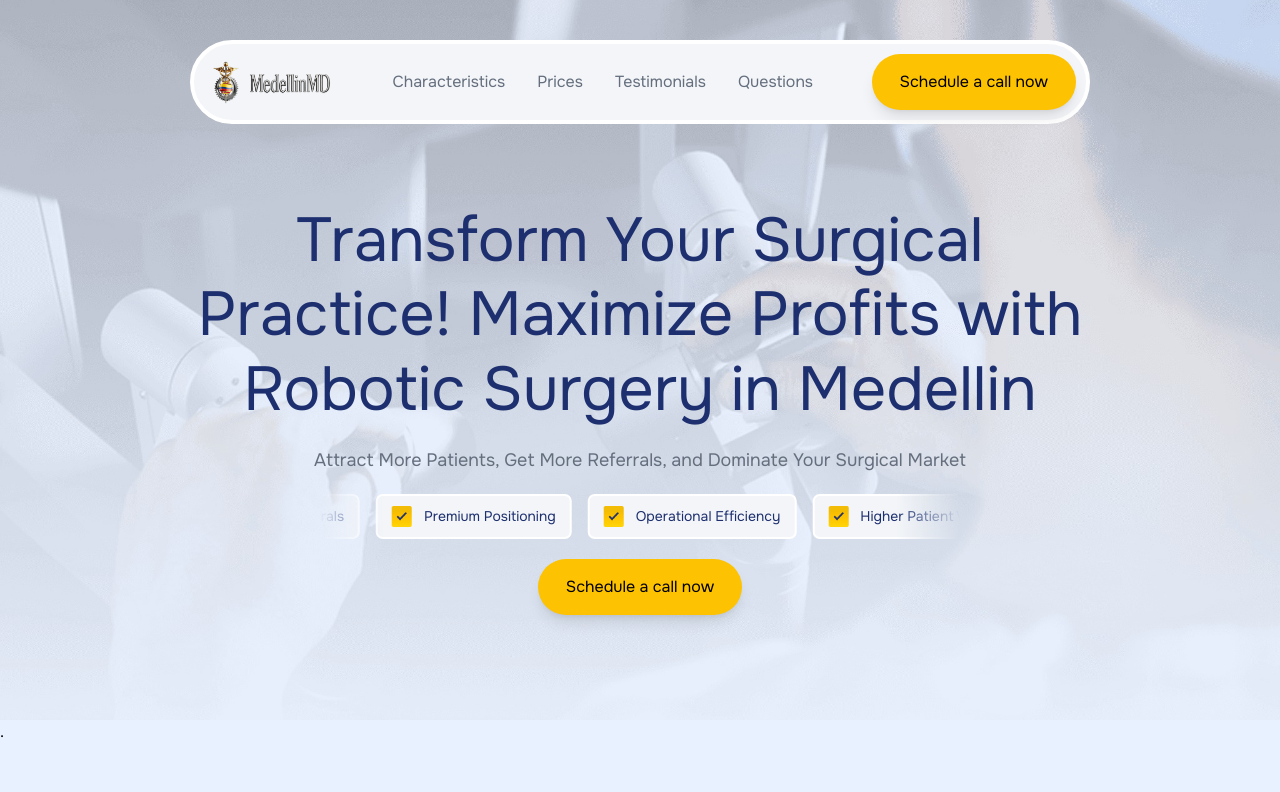
Repository: emmanueltech2019/cmd
Page: /home
An editor plug-in stored every save of this project. The page is shown before and after the next save, followed by the edit.
The browser window is 1280 px wide. The pictures show the whole page.
The project was rebuilt for these pictures with package versions that can differ from the ones it lists, and the page was loaded fresh each time. The framework's server and built-in components were replaced by stand-ins that run in the browser. Also part of the build but not shown: next.config.mjs.

Above is the page before, as saved 2025-05-15 17:26:45.

After the next save:
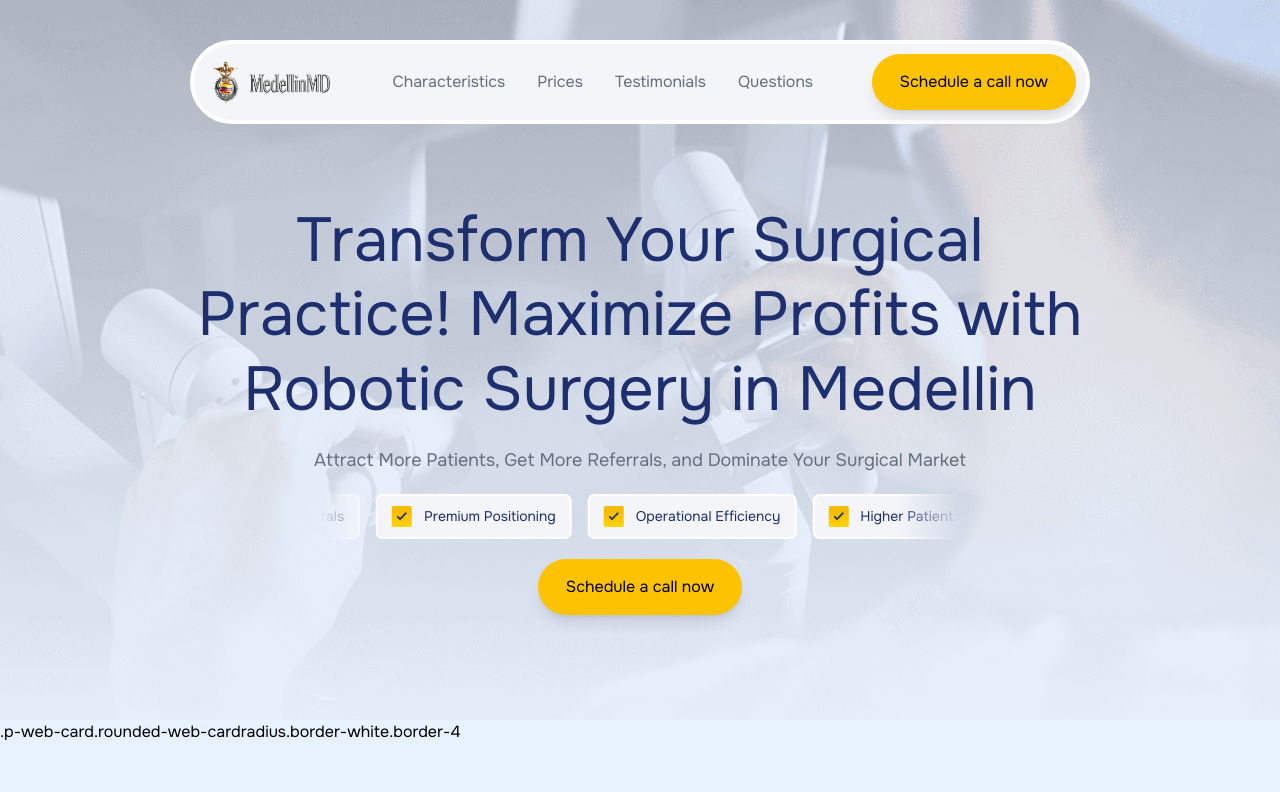
Saved 97 s later.
--- a/src/app/home/page.jsx
+++ b/src/app/home/page.jsx
@@ -84,7 +84,7 @@ const page = () => {
             </div>
         </div>
         <div className="grid grid-rows-3">
-            .
+            .p-web-card.rounded-web-cardradius.border-white.border-4
         </div>
     </>
   )
